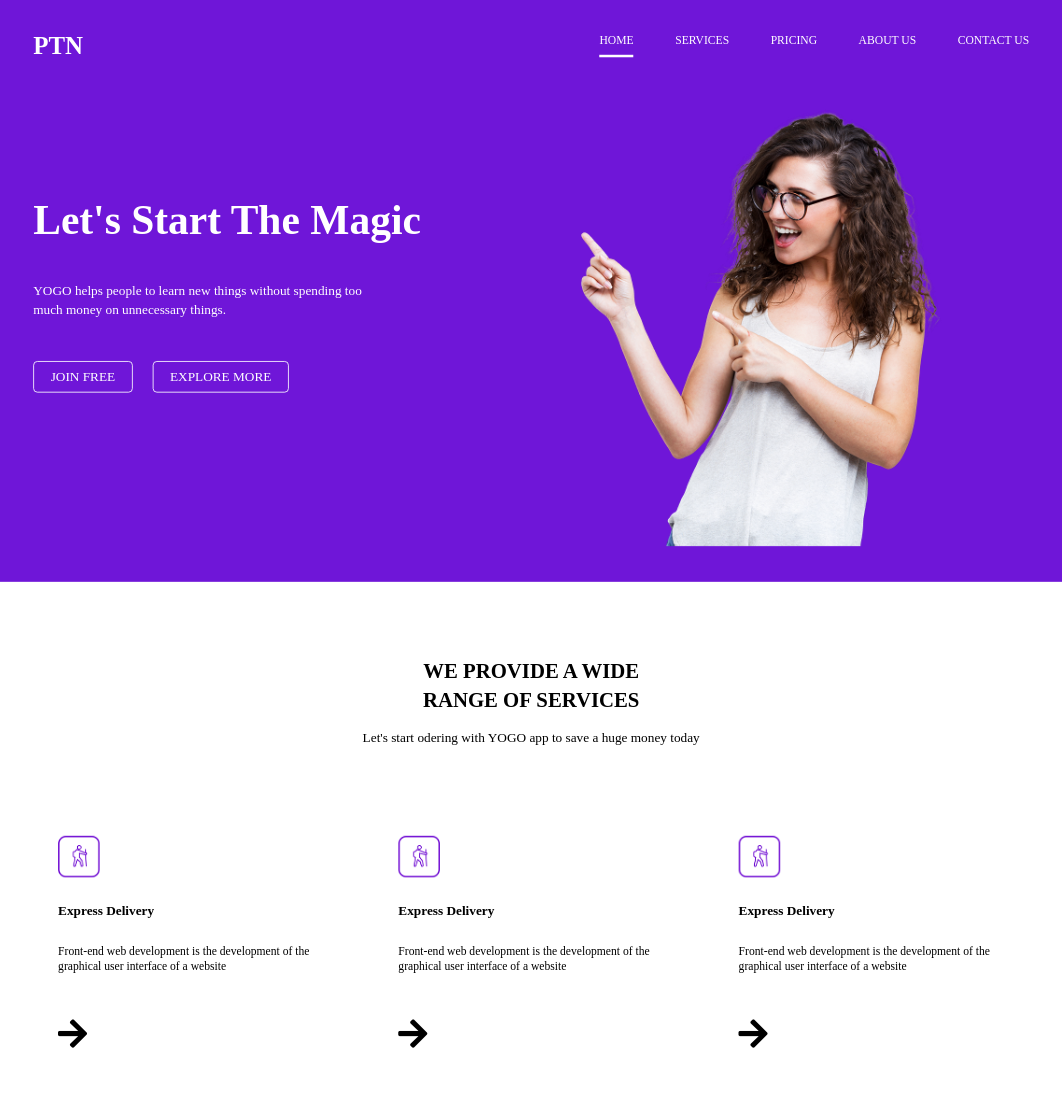
Repository: PhamTrungNguyen/LuyenTap
Page: index.html
The author's editor kept a copy of each file at every save. The page is drawn from the files as they stood at one save, then again after the next save.
The browser window is 1280 px wide. The pictures show the whole page, at 83% of full size.
Some web fonts or font styles are not loaded; a fallback is used. The style sheet was rebuilt from its Sass, Less or Tailwind sources for each picture, by a compiler version that may differ from the author's.

Above is the page before, as saved 2021-12-05 20:04:36.

### index.html
<!DOCTYPE html>
<html lang="en">

<head>
    <meta charset="UTF-8">
    <meta http-equiv="X-UA-Compatible" content="IE=edge">
    <meta name="viewport" content="width=device-width, initial-scale=1.0">
    <title>TN_YoGo</title>
    <link rel="stylesheet" href="./reset.css">
    <link rel="stylesheet" href="./style.css">
    <!-- link truyền icon -->
    <link rel="stylesheet" href="https://cdnjs.cloudflare.com/ajax/libs/font-awesome/5.15.3/css/all.min.css"
        integrity="sha512-iBBXm8fW90+nuLcSKlbmrPcLa0OT92xO1BIsZ+ywDWZCvqsWgccV3gFoRBv0z+8dLJgyAHIhR35VZc2oM/gI1w=="
        crossorigin="anonymous" referrerpolicy="no-referrer" />
    <!-- link font chữ -->
    <link
        href="https://fonts.googleapis.com/css2?family=Roboto:ital,wght@0,300;0,400;1,300;1,400&family=Zen+Loop&display=swap"
        rel="stylesheet">
</head>

<body>
    <!-- -------------------- Logo và menu -------------------- -->
    <header class="header">
        <div class="container">
            <div class="header-main">
                <a href="#" class="header-main_logo">PTN</a>
                <ul class="header-main_menu">
                    <li class="header-main_menu__item">
                        <a href="" class="header-main_menu__link active-home">Home</a>
                    </li>
                    <li class="header-main_menu__item">
                        <a href="" class="header-main_menu__link">Services</a>
                    </li>
                    <li class="header-main_menu__item">
                        <a href="" class="header-main_menu__link">Pricing</a>
                    </li>
                    <li class="header-main_menu__item">
                        <a href="" class="header-main_menu__link">About Us</a>
                    </li>
                    <li class="header-main_menu__item">
                        <a href="" class="header-main_menu__link">Contact Us</a>
                    </li>
                </ul>
            </div>
            <!-- -------------------- Phần header trung tâm -------------------- -->
            <div class="header-center">
                <div class="header-left">
                    <h2 class="header-left_title">Let's Start The Magic</h2>
                    <p class="header-left_desc">YOGO helps people to learn new things without spending too much money on
                        unnecessary things.</p>
                    <div class="header-left_click">
                        <a href="" class="header-left_link">join free</a>
                        <a href="" class="header-left_link">explore more</a>
                    </div>
                </div>
                <div class="header-right">
                    <img src="./images/home-pic.png" alt="" class="header-right_image">
                </div>
            </div>
        </div>
    </header>
    <!-- -------------------- Phần service ( dưới header ) -------------------- -->
    <section class="service">
        <div class="container">
            <div class="service-over">
                <h2 class="service-over_title">we provide a wide range of services</h2>
                <p class="service-over_desc">Let's start odering with YOGO app to save a huge money today</p>
            </div>
            <div class="service-below">
                <div class="service-below--list">
                    <div class="service-below--block">
                        <img src="./images/Icon-1.png" alt="" class="service-below_icon">
                        <h3 class="service-below_title">Express Delivery</h3>
                        <span class="service-below_desc">Front-end web development is the development of the graphical user interface of a website</span>
                        <div class="service-below_item">
                            <i class="fas fa-arrow-right"></i>
                        </div>
                    </div>
                </div>
                <div class="service-below--list">
                    <div class="service-below--block">
                        <img src="./images/Icon-1.png" alt="" class="service-below_icon">
                        <h3 class="service-below_title">Express Delivery</h3>
                        <span class="service-below_desc">Front-end web development is the development of the graphical user interface of a website</span>
                        <div class="service-below_item">
                            <i class="fas fa-arrow-right"></i>
                        </div>
                    </div>
                </div>
                <div class="service-below--list">
                    <div class="service-below--block">
                        <img src="./images/Icon-1.png" alt="" class="service-below_icon">
                        <h3 class="service-below_title">Express Delivery</h3>
                        <span class="service-below_desc">Front-end web development is the development of the graphical user interface of a website</span>
                        <div class="service-below_item">
                            <i class="fas fa-arrow-right"></i>
                        </div>
                    </div>
                </div>

            </div>
        </div>
    </section>

</body>

</html>

### reset.css
/* http://meyerweb.com/eric/tools/css/reset/
   v2.0 | 20110126
   License: none (public domain)
*/

html,
body,
div,
span,
applet,
object,
iframe,
h1,
h2,
h3,
h4,
h5,
h6,
p,
blockquote,
pre,
a,
abbr,
acronym,
address,
big,
cite,
code,
del,
dfn,
em,
img,
ins,
kbd,
q,
s,
samp,
small,
strike,
strong,
sub,
sup,
tt,
var,
b,
u,
i,
center,
dl,
dt,
dd,
ol,
ul,
li,
fieldset,
form,
label,
legend,
table,
caption,
tbody,
tfoot,
thead,
tr,
th,
td,
article,
aside,
canvas,
details,
embed,
figure,
figcaption,
footer,
header,
hgroup,
menu,
nav,
output,
ruby,
section,
summary,
time,
mark,
audio,
video {
  margin: 0;
  padding: 0;
  border: 0;
  font-size: 100%;
  font: inherit;
  vertical-align: baseline;
}
/* HTML5 display-role reset for older browsers */
article,
aside,
details,
figcaption,
figure,
footer,
header,
hgroup,
menu,
nav,
section {
  display: block;
}
body {
  line-height: 1;
}
ol,
ul {
  list-style: none;
}
blockquote,
q {
  quotes: none;
}
blockquote:before,
blockquote:after,
q:before,
q:after {
  content: "";
  content: none;
}
table {
  border-collapse: collapse;
  border-spacing: 0;
}

### style.scss
html {
  font-size: 62.5%;
}
* {
  box-sizing: border-box;
}
body {
  font-family: "Bona Nova", serif;
  font-size: 1.6rem;
  font-weight: normal;
  outline: none;
}
a {
  text-decoration: none;
}
img {
  max-width: 100%;
}
.container {
  padding: 4rem;
}
.active-home {
  border-bottom: 3px solid white !important;
  padding-bottom: 10px;
}
.header {
  //-------------------- Logo và menu --------------------
  background-color: #6f16d8;
  &-main {
    // max-width: 1100px;
    display: flex;
    flex-direction: row;
    justify-content: space-between;
    &_logo {
      display: inline-block;
      text-transform: uppercase;
      font-size: 3rem;
      font-weight: 700;
      color: white;
    }
    &_menu {
      cursor: pointer;
      display: flex;
      flex-direction: row;
      position: relative;
      &__item:not(:last-child) {
        margin-right: 5rem;
      }
      &__link {
        text-transform: uppercase;
        display: inline-block;
        color: white;
        font-size: 1.4rem;
        border-bottom: 2px solid transparent;
        padding-bottom: 10px;
        transition: all 0.25s linear;
      }
      &__link:hover {
        color: black;
        border-bottom: 3px solid white;
      }
    }
  }
}
@media screen and (max-width: 767px) {
  .container {
    padding: 3rem;
  }
  .header-main {
    display: block;
    &_logo {
      display: block;
      text-align: center;
      padding-bottom: 1rem;
    }
  }
  .header-main_menu__item:not(:last-child) {
    margin-right: 1.4rem;
  }
  .header-main_menu__link {
    font-size: 1.5rem;
    text-transform: capitalize;
  }
}
//-------------------- Phần header trung tâm --------------------
.header {
  &-center {
    padding-top: 15rem;
    display: flex;
    justify-content: space-between;
  }
  &-left {
    margin-top: 2rem;
    &_title {
      color: white;
      font-size: 5rem;
      font-weight: bold;
      padding-bottom: 5rem;
    }
    &_desc {
      color: white;
      max-width: 400px;
      line-height: 1.4;
      padding-bottom: 5rem;
    }
    &_link {
      display: inline-block;
      padding: 1rem 2rem;
      color: white;
      text-transform: uppercase;
      border-radius: 0.5rem;
      border: 1px solid white;
      transition: all 0.25s linear;
      margin-right: 2rem;
    }
    &_link:hover {
      background-color: #fff;
      color: black;
    }
  }
  &-right {
    margin-right: 10rem;
    margin-top: -10rem;
    &_image {
      width: 45rem;
    }
  }
}
@media screen and (max-width: 1023px) {
  .header-left {
    margin-top: 0rem;
  }
  .header-center {
    padding-top: 8rem;
  }
  .header-right {
    margin-right: 0rem;
    margin-top: -3rem;
  }
  .header-left_title {
    padding-bottom: 3rem;
  }
  .header-left_desc {
    max-width: 350px;
    padding-bottom: 4rem;
  }
}
@media  screen and (max-width:767px){
  .header-center {
    padding-top: 4rem;
}
  .header-left_title {
    font-size: 2rem;
    padding-bottom: 2rem;
}
.header-right_image {
  width: 50rem;
  height: 24rem;
}
.header-right {
  margin-right: -3rem;
  margin-top: 0rem;
}
.header-left_desc {
  line-height: 1.2;
  padding-bottom: 0rem;
  font-size: 1.2rem;
}
.header-left_link {
  margin-top: 2rem;
  padding: 0.5rem 1rem;
  font-size: 1.5rem;
  margin-right: 0rem;
  max-width: 10rem;
  text-align: center;
}
}
//-------------------- Phần service ( dưới header ) --------------------
.service
{
  padding-top: 5rem;
  &-over
  {
    padding-bottom: 5rem;
    text-align: center;
    &_title
    {
      margin: 0 auto;
      text-transform: uppercase;
      color: black;
      font-size: 2.5rem;
      font-weight: 600;
      max-width:300px;
      padding-bottom: 2rem;
      line-height: 1.4;
    }
  }
  &-below
  {

    display:flex;
    flex-wrap: wrap;
    &--block{
      padding:6rem 3rem 4rem 3rem;
      // background-color: #6f16d8;
      border-radius:1rem;
      transition: all 0.75s ease;
    }
    &--list{
      width: calc(33.33% - 2rem);

    }
    &--list:hover{
      .service-below--block{
        background-color: #6f16d8
      }
      .service-below_title , .service-below_desc,.service-below_item {
        transition: all 0.75s ease;
        color:white;
      }


    }
    &--list:not(:last-child)
    {
      margin-right: 3rem;

    }
    &_icon {
     width:5rem;
     height:5rem;
     margin-bottom: 3rem;
    }
    &_title{
      color: black;
      font-weight: 600;
      padding-bottom: 3rem;
      // transition: all 0.5s ease;
    }
    &_desc{
      color: black;
      line-height:1.4;
      word-break: break-word;
      font-size: 1.4rem;
      // transition: all 0.5s ease;
    }
    &_item{
      padding-top: 5rem;
      font-size: 4rem;
    }
  }
}

After the next save:
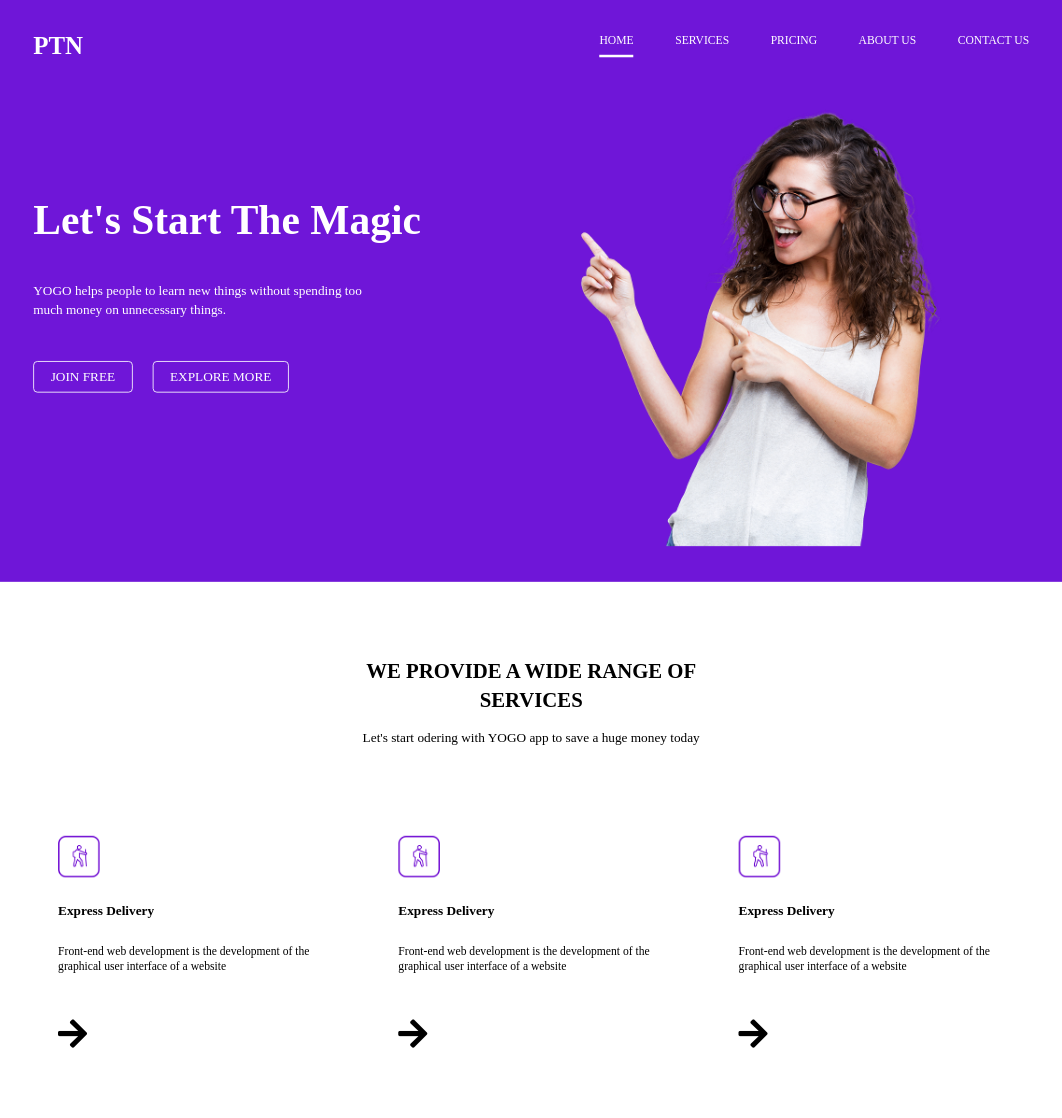
Saved 17 s later.
--- a/style.scss
+++ b/style.scss
@@ -190,7 +190,7 @@
       color: black;
       font-size: 2.5rem;
       font-weight: 600;
-      max-width:300px;
+      max-width:400px;
       padding-bottom: 2rem;
       line-height: 1.4;
     }

After the save that followed:
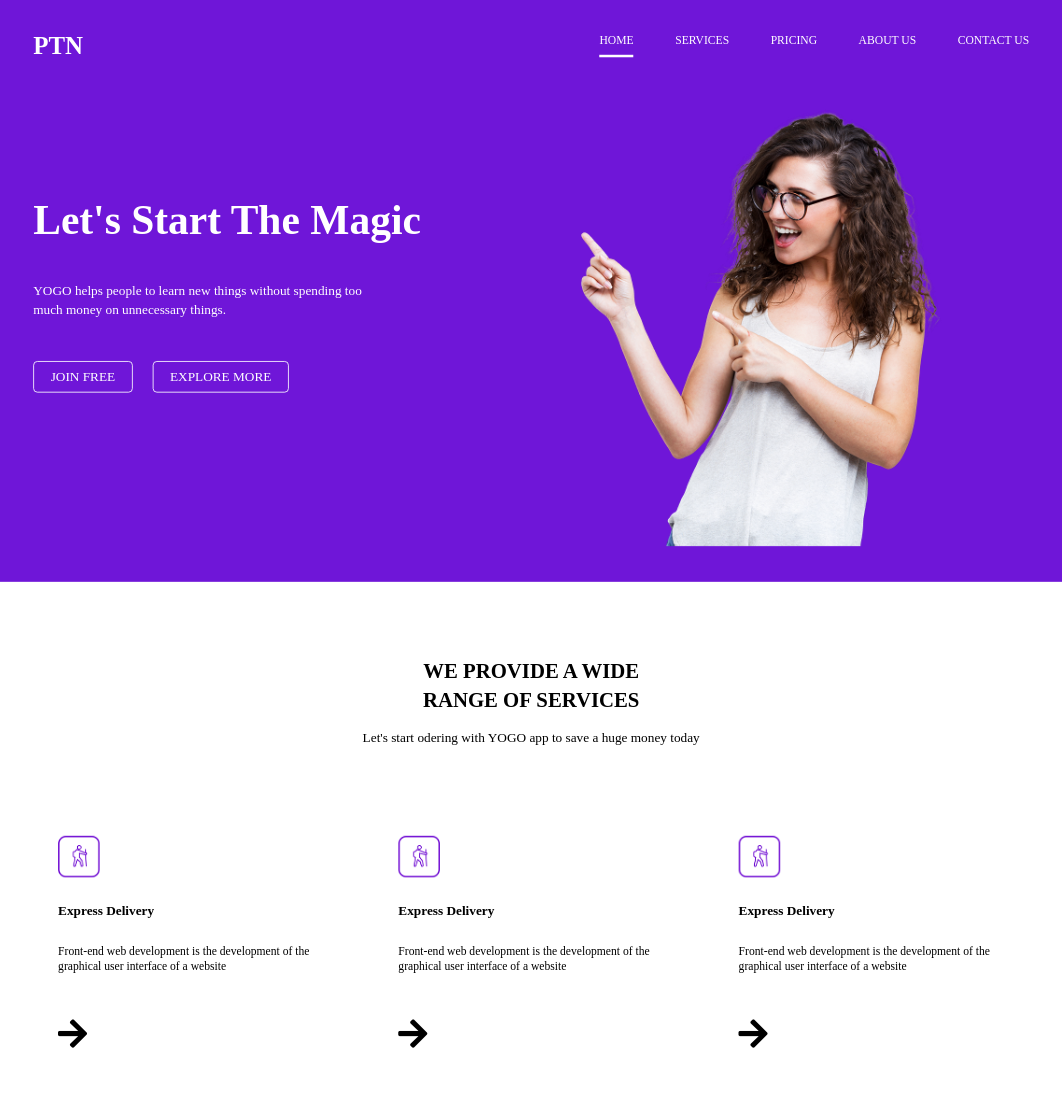
Saved 7 s later.
--- a/style.scss
+++ b/style.scss
@@ -190,7 +190,7 @@
       color: black;
       font-size: 2.5rem;
       font-weight: 600;
-      max-width:400px;
+      max-width:350px;
       padding-bottom: 2rem;
       line-height: 1.4;
     }
